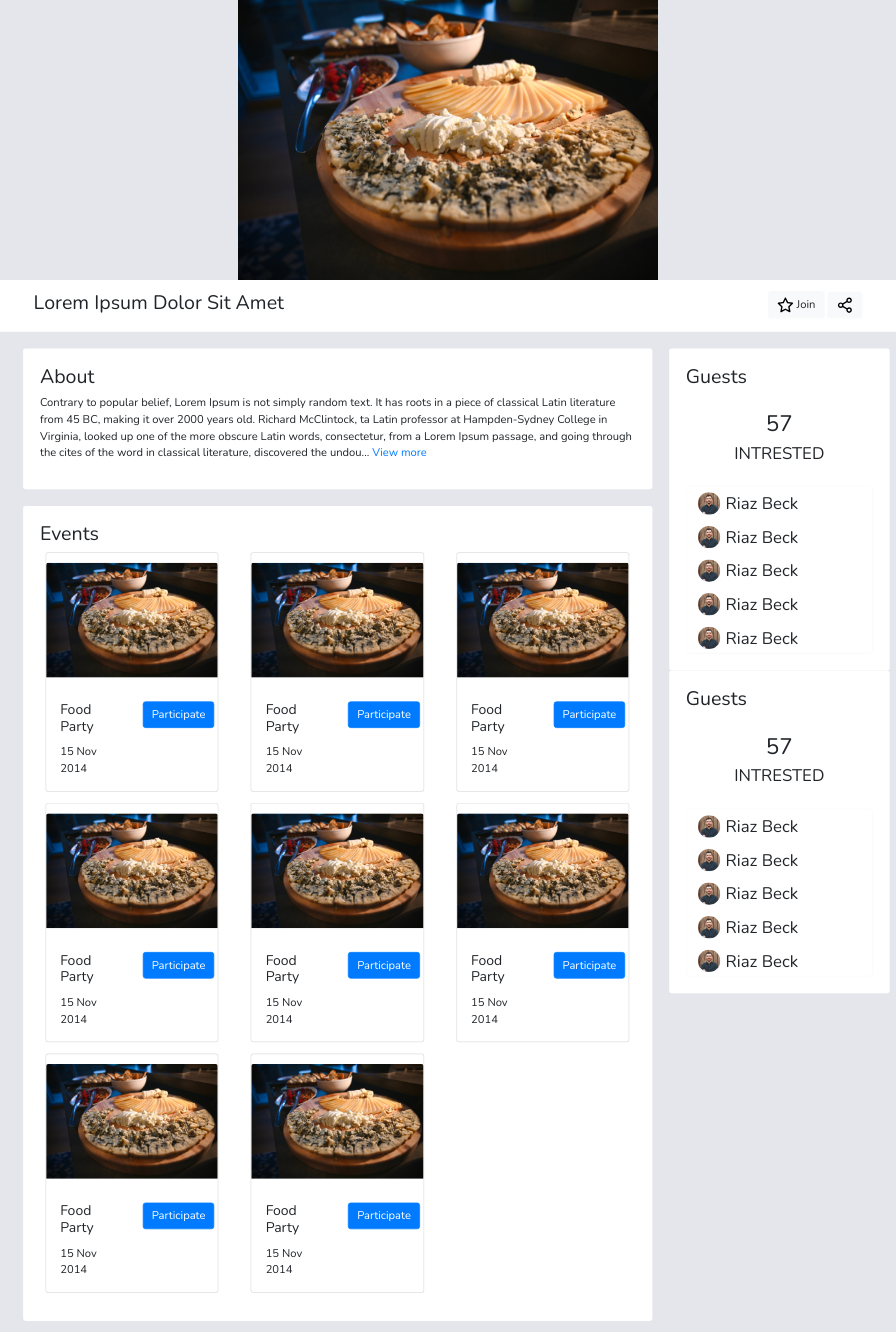
Repository: iamrachid/ensaevents
Page: club.html
An editor plug-in stored every save of this project. The page is shown before and after the next save, followed by the edit.
The browser window is 1280 px wide. The pictures show the whole page, at 70% of full size.

Above is the page before, as saved 2021-11-25 19:36:47.

After the next save:
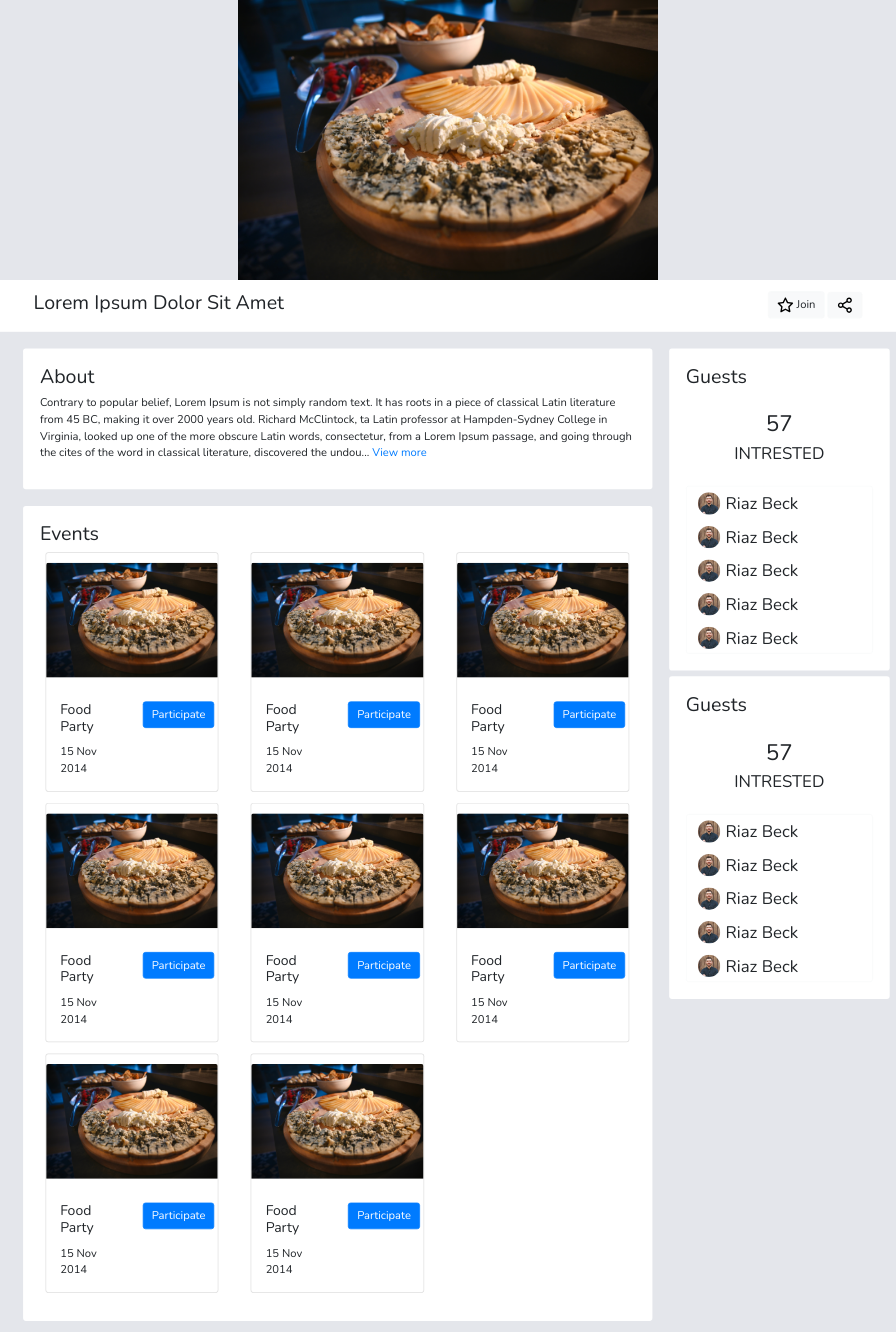
Saved 32 s later.
--- a/club.html
+++ b/club.html
@@ -240,58 +240,6 @@
     </div>
     </div>
     <div class="px-4 px-md-0 py-4 col-md-4 col-lg-3  col-sm-12 ">
-        <div class="bg-white  p-4 rounded">
-            <h3>Guests</h3>
-            <div class="d-flex  justify-content-center py-4">
-                <div class="d-flex flex-column align-items-center">
-                    <h2 cla>57</h2>
-                    <h4 class="text-uppercase">Intrested</h4>
-                </div>
-
-            </div>
-            <div class="overflow-auto border-light border rounded users px-2">
-                <div class="user d-flex align-items-center">
-                    <img class="user-img m-2" src="assets/img/user.png" />
-                    <span class="user-name">Riaz Beck</span>
-                </div>
-                <div class="user d-flex align-items-center">
-                    <img class="user-img m-2" src="assets/img/user.png" />
-                    <span class="user-name">Riaz Beck</span>
-                </div>
-                <div class="user d-flex align-items-center">
-                    <img class="user-img m-2" src="assets/img/user.png" />
-                    <span class="user-name">Riaz Beck</span>
-                </div>
-                <div class="user d-flex align-items-center">
-                    <img class="user-img m-2" src="assets/img/user.png" />
-                    <span class="user-name">Riaz Beck</span>
-                </div>
-                <div class="user d-flex align-items-center">
-                    <img class="user-img m-2" src="assets/img/user.png" />
-                    <span class="user-name">Riaz Beck</span>
-                </div>
-                <div class="user d-flex align-items-center">
-                    <img class="user-img m-2" src="assets/img/user.png" />
-                    <span class="user-name">Riaz Beck</span>
-                </div>
-                <div class="user d-flex align-items-center">
-                    <img class="user-img m-2" src="assets/img/user.png" />
-                    <span class="user-name">Riaz Beck</span>
-                </div>
-                <div class="user d-flex align-items-center">
-                    <img class="user-img m-2" src="assets/img/user.png" />
-                    <span class="user-name">Riaz Beck</span>
-                </div>
-                <div class="user d-flex align-items-center">
-                    <img class="user-img m-2" src="assets/img/user.png" />
-                    <span class="user-name">Riaz Beck</span>
-                </div>
-                <div class="user d-flex align-items-center">
-                    <img class="user-img m-2" src="assets/img/user.png" />
-                    <span class="user-name">Riaz Beck</span>
-                </div>
-            </div>
-        </div>
         <div class="bg-white mb-2 p-4 rounded">
             <h3>Guests</h3>
             <div class="d-flex  justify-content-center py-4">
@@ -344,6 +292,58 @@
                 </div>
             </div>
         </div>
+        <div class="bg-white p-4 rounded">
+            <h3>Guests</h3>
+            <div class="d-flex  justify-content-center py-4">
+                <div class="d-flex flex-column align-items-center">
+                    <h2 cla>57</h2>
+                    <h4 class="text-uppercase">Intrested</h4>
+                </div>
+
+            </div>
+            <div class="overflow-auto border-light border rounded users px-2">
+                <div class="user d-flex align-items-center">
+                    <img class="user-img m-2" src="assets/img/user.png" />
+                    <span class="user-name">Riaz Beck</span>
+                </div>
+                <div class="user d-flex align-items-center">
+                    <img class="user-img m-2" src="assets/img/user.png" />
+                    <span class="user-name">Riaz Beck</span>
+                </div>
+                <div class="user d-flex align-items-center">
+                    <img class="user-img m-2" src="assets/img/user.png" />
+                    <span class="user-name">Riaz Beck</span>
+                </div>
+                <div class="user d-flex align-items-center">
+                    <img class="user-img m-2" src="assets/img/user.png" />
+                    <span class="user-name">Riaz Beck</span>
+                </div>
+                <div class="user d-flex align-items-center">
+                    <img class="user-img m-2" src="assets/img/user.png" />
+                    <span class="user-name">Riaz Beck</span>
+                </div>
+                <div class="user d-flex align-items-center">
+                    <img class="user-img m-2" src="assets/img/user.png" />
+                    <span class="user-name">Riaz Beck</span>
+                </div>
+                <div class="user d-flex align-items-center">
+                    <img class="user-img m-2" src="assets/img/user.png" />
+                    <span class="user-name">Riaz Beck</span>
+                </div>
+                <div class="user d-flex align-items-center">
+                    <img class="user-img m-2" src="assets/img/user.png" />
+                    <span class="user-name">Riaz Beck</span>
+                </div>
+                <div class="user d-flex align-items-center">
+                    <img class="user-img m-2" src="assets/img/user.png" />
+                    <span class="user-name">Riaz Beck</span>
+                </div>
+                <div class="user d-flex align-items-center">
+                    <img class="user-img m-2" src="assets/img/user.png" />
+                    <span class="user-name">Riaz Beck</span>
+                </div>
+            </div>
+        </div>
     </div>
     </div>
     <script src="js/jquery-3.6.0.js">
